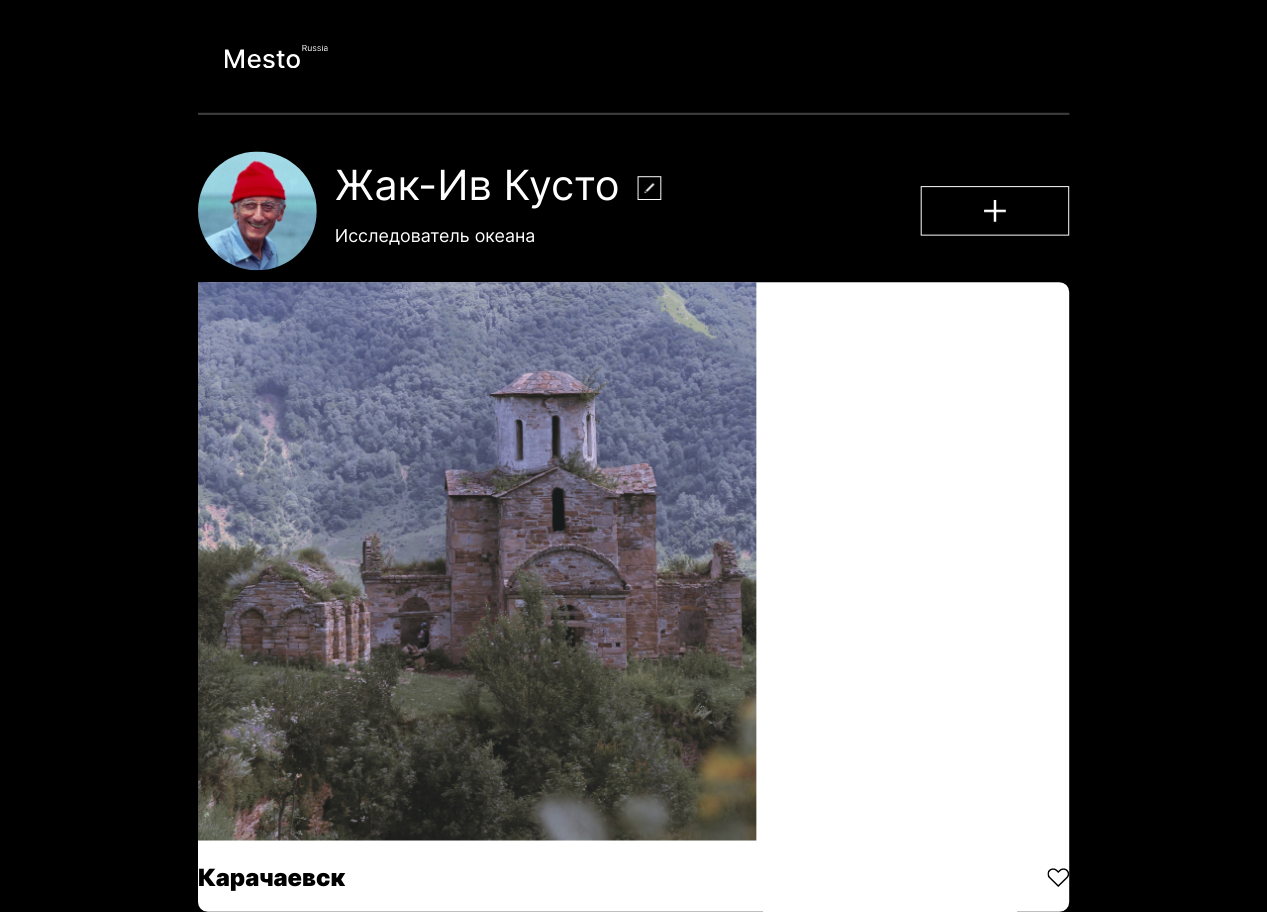
Repository: dyond/mesto
Page: index.html
These files come from the project's save history. The page is drawn as it stood at one moment and after a run of saves; the edit follows.
The browser window is 1280 px wide. The pictures show the whole page, at 99% of full size.

Above is the page before, as saved 2022-11-28 19:34:23.

### index.html
<!DOCTYPE html>
<html lang="ru">
<head>
  <meta charset="UTF-8">
  <meta http-equiv="X-UA-Compatible" content="IE=edge">
  <meta name="viewport" content="width=device-width, initial-scale=1.0">
  <link rel="stylesheet" href="pages/index.css">
  <title>Mesto</title>
</head>
<body class="root">
  <div class="page">
    <header class="header">
      <img src="images/logo.svg" alt="" class="header__logo">
      <hr class="header__line">
    </header>
    <main>
      <section class="profile">
        <img src="images/avatar.jpg" alt="" class="profile__avatar">
        <div class="profile__info">
          <div class="profile__info-group">
            <h1 class="profile__info-title">Жак-Ив Кусто</h1>
            <button class="profile__info-button profile__info-button__edit">
              <img src="images/Vector.png" alt="">
            </button>
          </div>
          <p class="profile__info-subtitle">Исследователь океана</p>

        </div>
        <button class="profile__info-button profile__info-button__add">
          <img src="images/Vector_2.png" alt="">
        </button>
      </section>
      <section class="cards">
        <div class="card">
          <img src="images/kirill-pershin-1088404-unsplash.jpg" alt="" class="card__image">
          <div class="card__group">
            <h2 class="card__title">Карачаевск</h2>
            <button class="card__button">
              <img src="images/vector_3.svg" alt="">
            </button>
          </div>
        </div>
      </section>
    </main>
  </div>
</body>
</html>

### pages/index.css
/* NORMALIZE */
@import url(../vendor/normalize.css);

/* ROOT */
@import url(../blocks/root/root.css);

/* PAGE */
@import url(../blocks/page/page.css);

/* FONTS */
@import url(../vendor/fonts/fonts.css);

/* HEADER */
@import url(../blocks/header/header.css);
@import url(../blocks/header/__logo/header__logo.css);
@import url(../blocks/header/__line/header__line.css);

/* PROFILE */
@import url(../blocks/profile/profile.css);
@import url(../blocks/profile/__avatar/profile__avatar.css);
@import url(../blocks/profile/__info-button/profile__info-button.css);
@import url(../blocks/profile/__info/profile__info.css);
@import url(../blocks/profile/__info-group/profile__info-group.css);
@import url(../blocks/profile/__info-title/profile__info-title.css);
@import url(../blocks/profile/__info-subtitle/profile__info-subtitle.css  );
@import url(../blocks/profile/__info-button/__edit/profile__info-button__edit.css);
@import url(../blocks/profile/__info-button/__add/profile__info-button__add.css);

/* CARDS */
@import url(../blocks/cards/cards.css);
@import url(../blocks/cards/card/card.css);
@import url(../blocks/cards/card/__title/card__title.css);
@import url(../blocks/cards/card/__button/card__button.css);
@import url(../blocks/cards/card/__group/card__group.css);

### blocks/root/root.css
.root{
  background: #000000;
}

### blocks/page/page.css
.page{
  font-family: 'Inter', Arial, sans-serif;
  max-width: 880px;
  margin: 0 auto;
}

### vendor/fonts/fonts.css
@font-face {
  font-family: "Inter";
  src: local("Inter"),
    url("./Inter-Regular.woff2") format("woff2"),
    url("./Inter-Regular.woff") format("woff");
  font-weight: 400;
}

@font-face {
  font-family: "Inter";
  src: local("Inter"),
    url("./Inter-Bold.woff2") format("woff2"),
    url("./Inter-Bold.woff") format("woff");
  font-weight: 700;
}

@font-face {
  font-family: "Inter";
  src: local("Inter"),
    url("./Inter-Black.woff2") format("woff2"),
    url("./Inter-Black.woff") format("woff");
  font-weight: 900;
}

### blocks/header/header.css
.header {
  margin: 28px 0 42px;
  height: 56px;
}

@media screen and (min-width: 880px) {
  .header {
      margin: 45px 0 40px;
  }
}

### blocks/header/__logo/header__logo.css
.header__logo{
  width: 104px;
  margin-bottom: 32px;
  margin-left: 27px;
}

@media screen and (min-width: 880px) {
  .header__logo {
    margin-bottom: 41px;
  }
}

### blocks/header/__line/header__line.css
.header__line{
  margin: 0;
  opacity: 0.7;
  border: 1px solid #545454;
  background-color: #545454;
}

### blocks/profile/profile.css
.profile{
  font-size: 0px;
  display: flex;
  flex-direction: column;
  align-items: center;
  flex-wrap: wrap;
  justify-content: space-between;
}

@media screen and (min-width: 880px){
  .profile{
    flex-direction: row;

  }
}

### blocks/profile/__avatar/profile__avatar.css
.profile__avatar{
  border-radius: 50%;
  max-width: 120px;
}

### blocks/profile/__info-button/profile__info-button.css
.profile__info-button:hover{
  cursor: pointer;
  opacity: 0.6;
}

### blocks/profile/__info/profile__info.css
.profile__info{
  color: #fff;
}

### blocks/profile/__info-group/profile__info-group.css
.profile__info-group {
  display: flex;
  align-items: center;
  margin-left: 25px;
}

@media screen and (min-width: 880px) {
  .profile__info-group {
    margin-left: 0;
  }
}

### blocks/profile/__info-title/profile__info-title.css
.profile__info-title{
  margin: 0 auto;
  font-weight: 500;
  font-size: 27px;
  line-height: 33px;
  text-align: center;
  margin-top: 26px;
  margin-bottom: 14px;
}

@media screen and (min-width: 880px) {
  .profile__info-title {
    margin-top: 22px;
    margin-bottom: 16px;
    font-size: 42px;
    line-height: 48px;
  }
}

### blocks/profile/__info-subtitle/profile__info-subtitle.css
.profile__info-subtitle{
  margin: 0;
  font-weight: 400;
  font-size: 14px;
  text-align: center;
  line-height: 17px;
  margin-bottom: 36px;
}

@media screen and (min-width: 880px) {
  .profile__info-subtitle {
    font-size: 18px;
    line-height: 22px;
    text-align: start;
  }
}

### blocks/profile/__info-button/__edit/profile__info-button__edit.css
.profile__info-button__edit{
  padding: 0;
  height: 18px;
  width: 18px;
  background: transparent;
  border: 1px solid #fff;
  margin-left: 10px;
  margin-top: 12px;
}

@media screen and (min-width: 880px) {
  .profile__info-button__edit {
    height: 24px;
    width: 24px;
    margin-top: 12px;
    margin-left: 18px;
  }
}

### blocks/profile/__info-button/__add/profile__info-button__add.css
.profile__info-button__add{
  padding: 0;
  width: 282px;
  height: 50px;
  background: transparent;
  border: 1px solid #fff;
}

@media screen and (min-width: 880px) {
  .profile__info-button__add {
    margin-left: 244px;
    width: 150px;
  }
}

### blocks/cards/card/card.css
.card{
  border-radius: 10px;
  background-color: #fff;
}

### blocks/cards/card/__title/card__title.css
.card__title{
  font-weight: 900;
  font-size: 24px;
  line-height: 29px;
}

### blocks/cards/card/__button/card__button.css
.card__button{
  padding: 0;
  font-size: 0;
  background: transparent;
  border: none;
  color: #fff;
}

.card__button:hover{
  cursor: pointer;
  opacity: 0.6;
}

### blocks/cards/card/__group/card__group.css
.card__group{
  display: flex;
  justify-content: space-between;
}

Loaded but not shown: vendor/normalize.css (library); blocks/cards/cards.css (no copy from this time; the picture is the same without it)

After the next 6 saves:
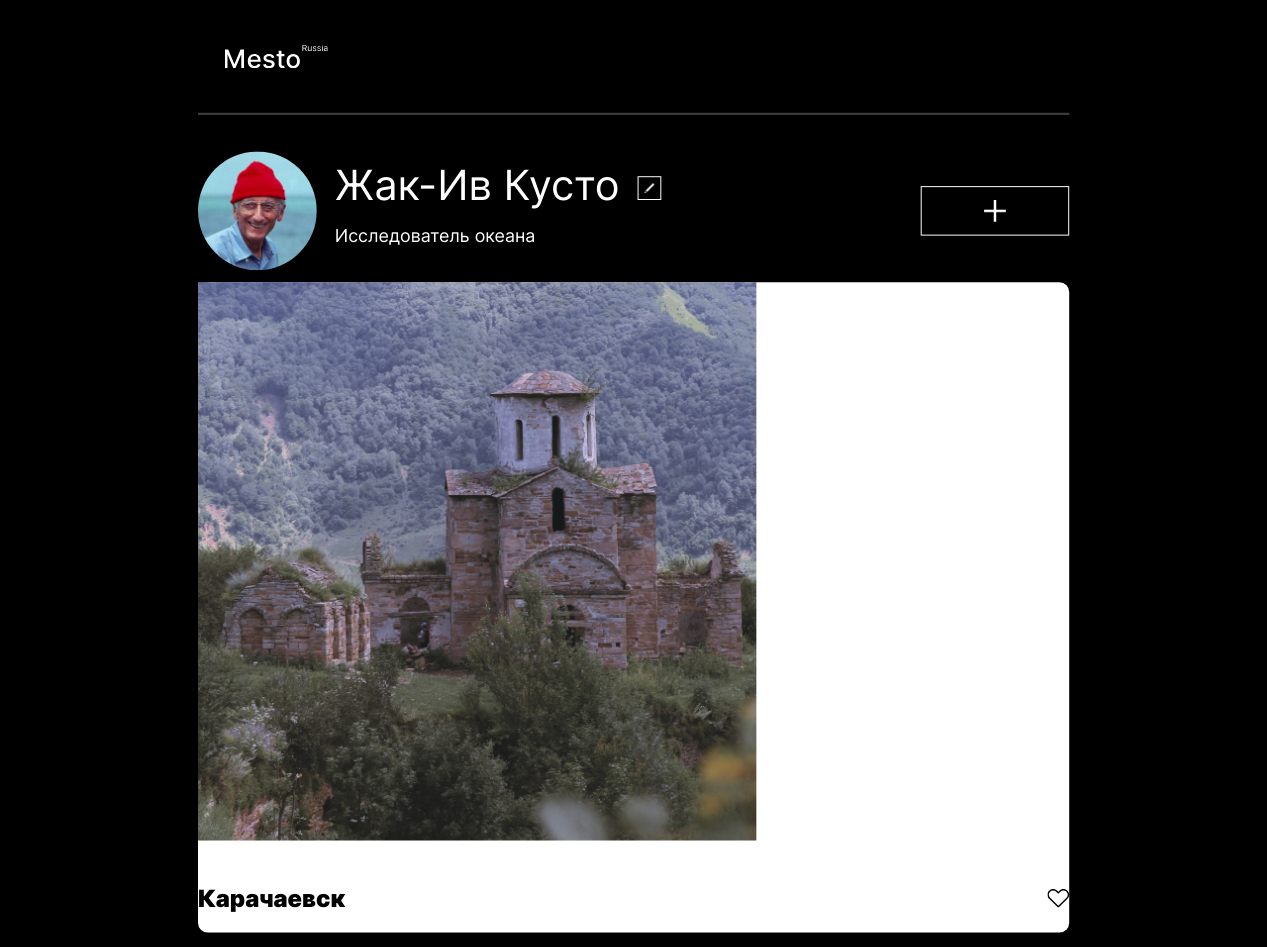
The 6 saves are shown as one change because they came seconds apart.
The last was saved 20 s later.
--- a/blocks/cards/card/__group/card__group.css
+++ b/blocks/cards/card/__group/card__group.css
@@ -1,4 +1,5 @@
 .card__group{
   display: flex;
   justify-content: space-between;
+  margin: 21px 0px 15px;
 }
